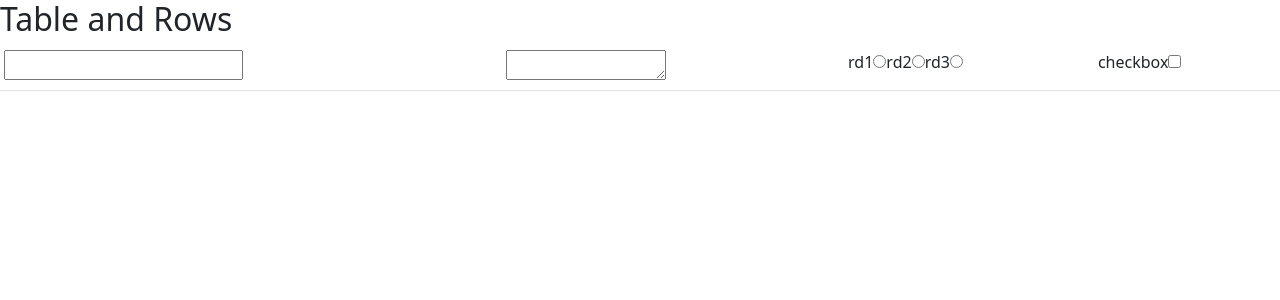
Repository: ishanbassi/iotasol-assignments
Page: /iotasol/work-8
An editor plug-in stored every save of this project. The page is shown before and after the next save, followed by the edit.
The browser window is 1280 px wide. The pictures show the whole page.
The project was rebuilt for these pictures with package versions that can differ from the ones it lists, and the page was loaded fresh each time. The framework's server and built-in components were replaced by stand-ins that run in the browser. Also part of the build but not shown: styles/global.css.

Above is the page before, as saved 2022-11-09 12:23:29.

After the next save:
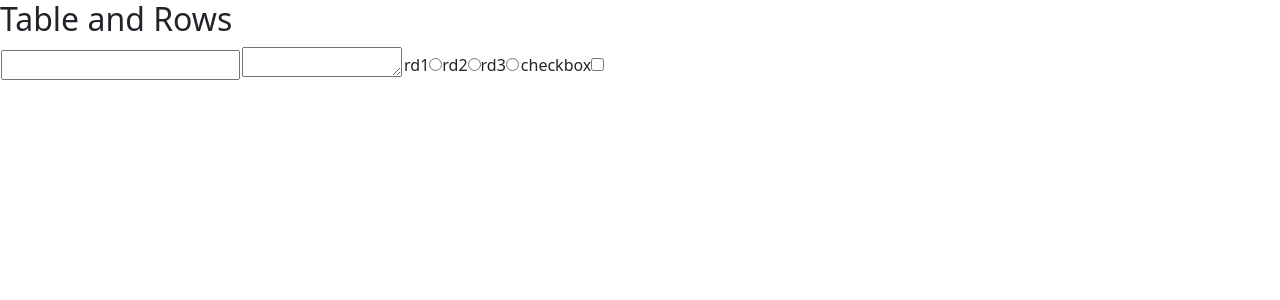
Saved 56 s later.
--- a/pages/iotasol/work-8.tsx
+++ b/pages/iotasol/work-8.tsx
@@ -5,7 +5,7 @@ export default function App() {
     return (
         <>
             <h2>Table and Rows</h2>
-            <Table size="sm">
+            <table>
                 <thead></thead>
                 <tbody>
                     <tr>
@@ -31,7 +31,7 @@ export default function App() {
                         </td>
                     </tr>
                 </tbody>
-            </Table>
+            </table>
         </>
     )
 }
